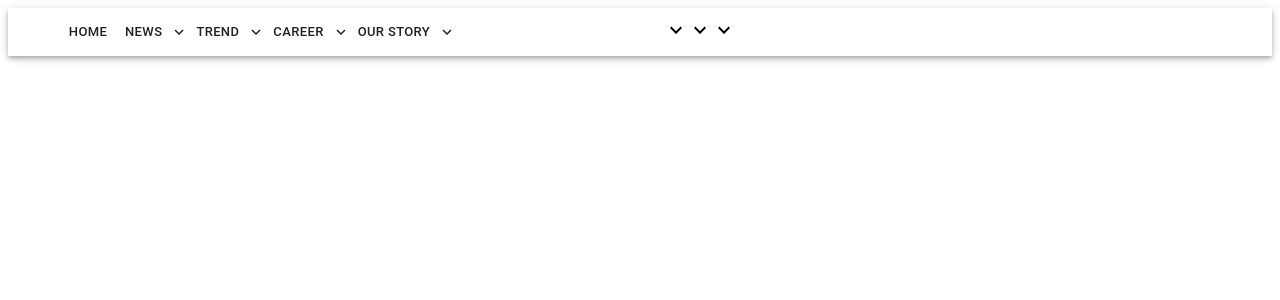
Repository: menamerai/fixi-vn-alpha
Page: /
These files come from the project's save history. The page is drawn as it stood at one moment and after the next save; the edit follows.
The browser window is 1280 px wide. The pictures show the whole page.
The project was rebuilt for these pictures with package versions that can differ from the ones it lists, and the page was loaded fresh each time. Also part of the build but not shown: src/App.css.

Above is the page before, as saved 2020-09-21 21:21:35.

After the next save:
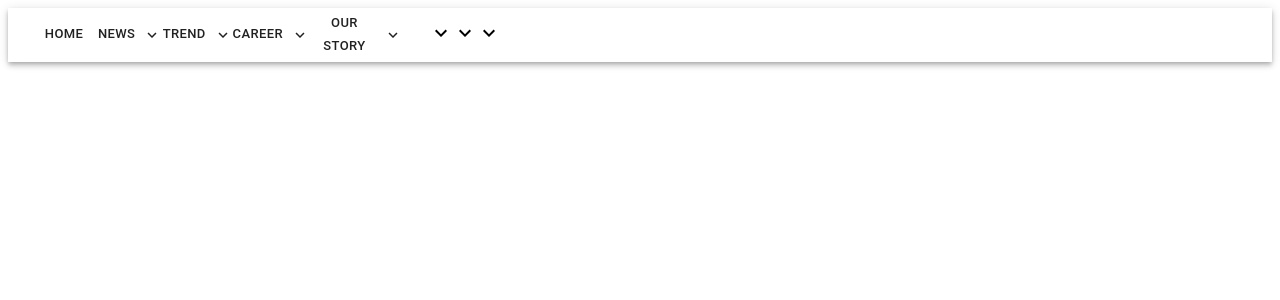
Saved 25 s later.
--- a/src/components/navbar/NavBar.jsx
+++ b/src/components/navbar/NavBar.jsx
@@ -22,12 +22,12 @@
     return (
         <AppBar position="static" color="transparent">
             <Toolbar variant="dense" id="navbar">
-                <Container className="buttons">
+                <div className="buttons">
                     <Button size="small" className="button">
                         Home
                     </Button>
                     {buttons}
-                </Container>
+                </div>
                 <Container classname="icons">
                     <ExpandMoreIcon />
                     <ExpandMoreIcon />

After the save that followed:
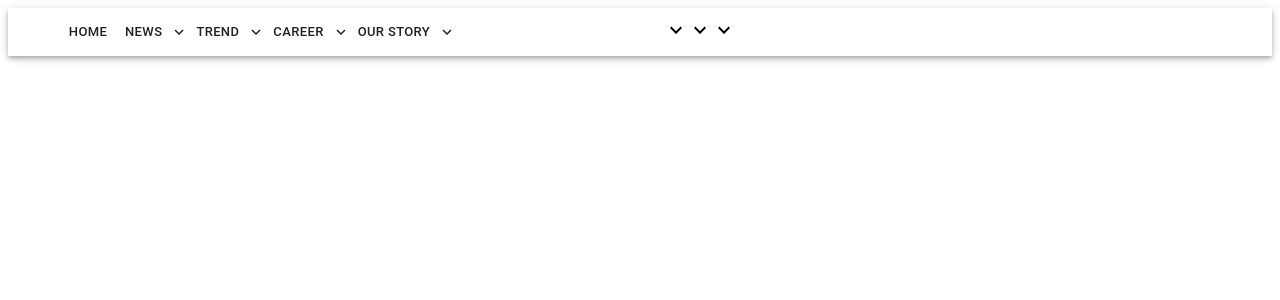
Saved 17 s later.
--- a/src/components/navbar/NavBar.jsx
+++ b/src/components/navbar/NavBar.jsx
@@ -22,12 +22,12 @@
     return (
         <AppBar position="static" color="transparent">
             <Toolbar variant="dense" id="navbar">
-                <div className="buttons">
+                <Container className="buttons">
                     <Button size="small" className="button">
                         Home
                     </Button>
                     {buttons}
-                </div>
+                </Container>
                 <Container classname="icons">
                     <ExpandMoreIcon />
                     <ExpandMoreIcon />
